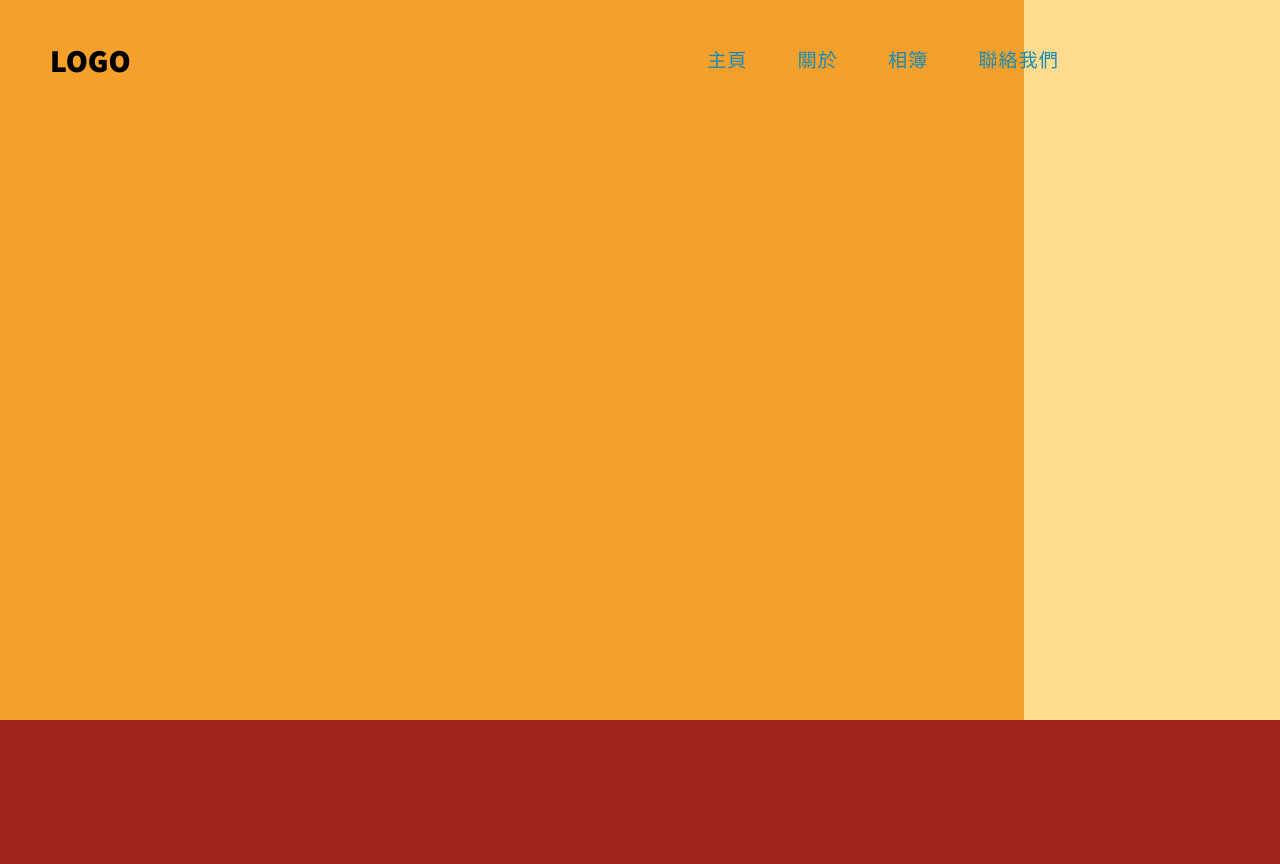
Repository: KevinYu0515/guanghui-food-website
Page: /
These files come from the project's save history. The page is drawn as it stood at one moment and after a run of saves; the edit follows.
The browser window is 1280 px wide. The pictures show the whole page.
The project was rebuilt for these pictures with package versions that can differ from the ones it lists, and the page was loaded fresh each time. Also part of the build but not shown: vue.config.js.

Above is the page before, as saved 2022-03-17 14:43:09.

### src/App.vue
<template>
  <div class="app">
    <Navbar></Navbar>
    <div class="content">
      <router-view/>
    </div>
    <Footer></Footer>
  </div>
</template>

<script>
import Navbar from './components/Navbar.vue';
import Footer from './components/Footer.vue';
export default {
  name:"App",
  components:{
    Navbar,
    Footer
  }
}
</script>

<style lang="scss">
@import url('https://fonts.googleapis.com/css2?family=Assistant:wght@800&family=Quicksand&family=Ubuntu&display=swap');
* {
  font-family: 'Assistant', Helvetica, Arial, sans-serif;
  background-color: #FEDB8E;
  justify-content: center;
  align-items: center;
  margin:0;
}
.content{
  margin-left:50v
}
</style>

### src/router/index.js
import { createRouter, createWebHistory } from 'vue-router'
import Home from '../views/Home.vue'

const routes = [
  {
    path: '/',
    name: 'Home',
    component: Home
  },
  {
    path: '/home',
    component: Home
  },
  {
    path: '/about',
    name: 'About',
    component: Home
  },
  {
    path: '/picture',
    name: 'Picture',
    component: Home
  },
  {
    path: '/contact',
    name: 'Contact',
    component: Home
  }
]

const router = createRouter({
  history: createWebHistory(process.env.BASE_URL),
  routes
})

export default router

### src/components/Navbar.vue
<template>
    <div id="header">
      <router-link to="/" class="logo">Logo</router-link>
      <ul>
          <li><router-link to="/home">主頁</router-link> </li>
          <li><router-link to="/about">關於</router-link> </li>
          <li><router-link to="/picture">相簿</router-link> </li>
          <li><router-link to="/contact">聯絡我們</router-link> </li>
      </ul>
    </div>
</template>

<script>
export default {
  name: 'Navbar',
}
</script>

<!-- Add "scoped" attribute to limit CSS to this component only -->
<style scoped lang="scss">
@import "@/assets/scss/navbar.scss";
</style>

### src/components/Footer.vue
<template>
  <div class="footer">
  </div>
</template>

<script>
export default {
 name:'Footer',
}
</script>

<style>
.footer{
    background:#9E261B;
    height:20vh;
    width: 100%;
}
</style>

### src/views/Home.vue
<template>
  <div class='home'>
  </div>
</template>

<script>

export default {
  name: 'Home',
}
</script>

<style lang="scss" scoped>
.home{
  background: #F5A02A;
  width: 80%;
  height: 100vh;
}
.home_picture{
  height:80%;
  width:80%;
}
</style>

### src/assets/scss/navbar.scss

#header{
    position: fixed;
    top: 0;
    left:0;
    width:80%;
    height: 80px;
    padding: 20px 100px 0px 50px;
    display: flex;
    justify-content: space-between;
    align-items: center;
    background: none;
    .logo{
      color:rgb(0, 0, 0);
      font-weight: 700;
      text-decoration: none;
      font-size:2em;
      text-transform: uppercase;
      background: none;
    }
    ul{
      display: flex;
      justify-content: center;
      align-items: center;
      background: none;
      li{
        list-style: none;
        margin-left: 20px;
        background: none;
        a{
            color:rgb(27, 138, 179);
            background: none;
            height:50px;
            line-height: 50px;
            display: inline-block;
            text-decoration: none;
            font-size: 1.2em;
            padding: 0 15px;
            letter-spacing: 1px;
            cursor: pointer;
            &:hover{
                color:aliceblue;
                border-radius: 20px;
                background-color: #AF3314;
            }
          }
          a.router-link-exact-active{
              color: #e73727;
          }
        }
      }
  }

Loaded but not shown: public/index.html (common file); src/main.js (common file)

After the next 3 saves:
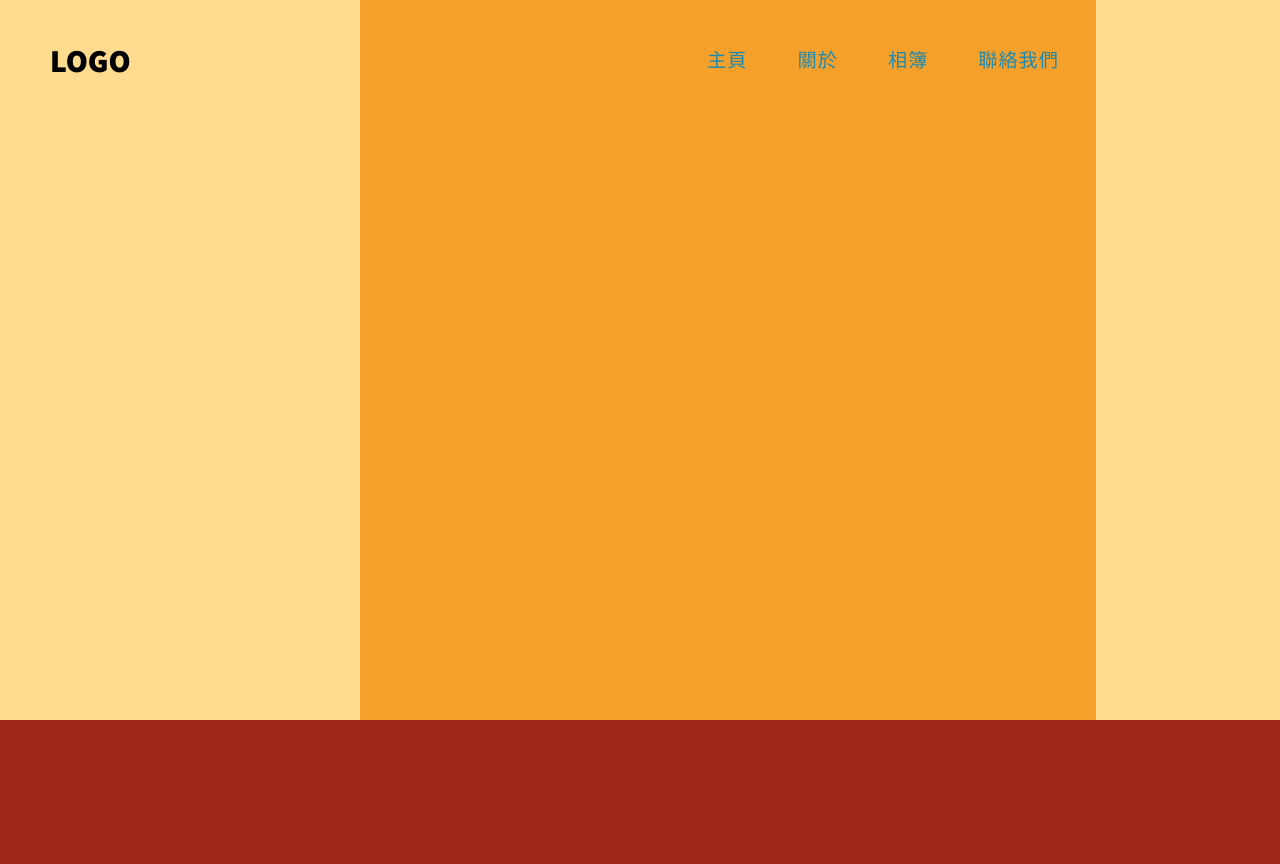
The 3 saves are shown as one change because 1 did not build or start and some came seconds apart.
The last was saved 19 s later.
--- a/src/App.vue
+++ b/src/App.vue
@@ -30,6 +30,7 @@
   margin:0;
 }
 .content{
-  margin-left:50v
+  margin-left:50vmin;
+
 }
 </style>

After the 5 saves that followed:
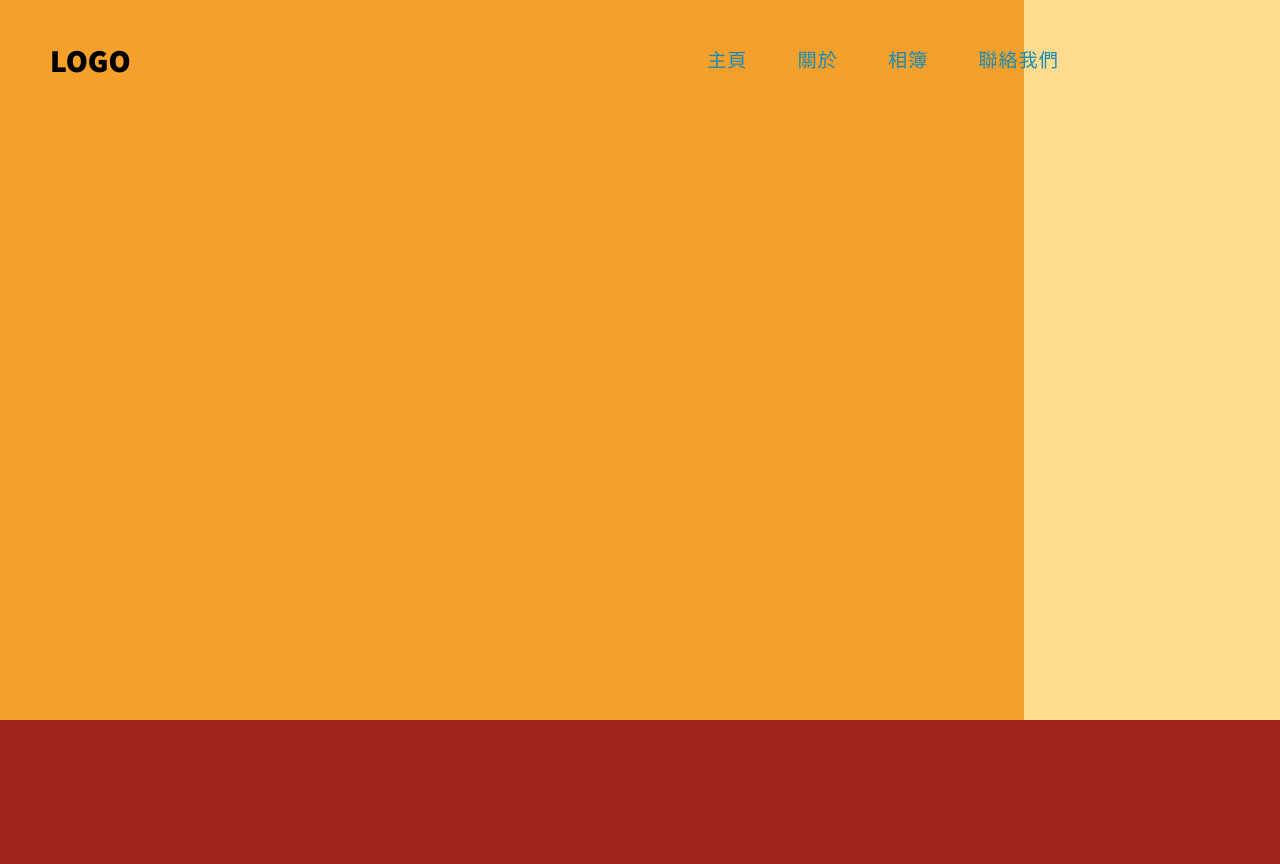
The 5 saves are shown as one change because 1 did not build or start and some came seconds apart.
The last was saved 23 s later.
--- a/src/App.vue
+++ b/src/App.vue
@@ -30,7 +30,8 @@
   margin:0;
 }
 .content{
-  margin-left:50vmin;
-
+  margin:auto;
+  margin-top: 0;
+  margin-bottom: 0;
 }
 </style>
